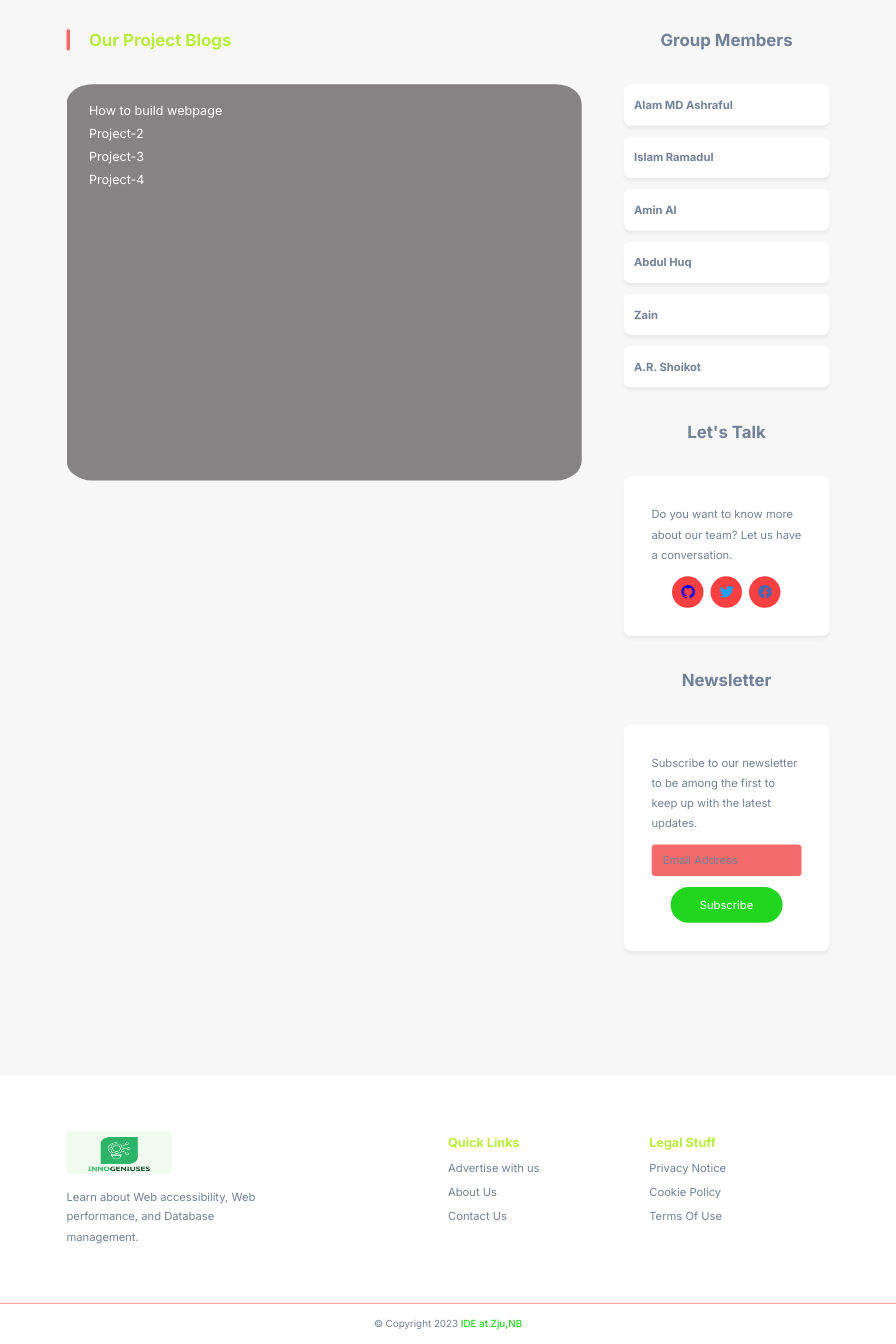
Repository: ramizraaz/zjuTeam
Page: main.html
The author's editor kept a copy of each file at every save. The page is drawn from the files as they stood at one save, then again after the next save.
The browser window is 1280 px wide. The pictures show the part of the page from y = 655 to 2575 px (the page is 2575 px tall before and 2549 px after), at 70% of full size.
A picture or video elsewhere on the page could not be fetched, so the positions and the page height are approximate.

Above is the page before, as saved 2023-10-23 19:25:39.

### main.html
<!DOCTYPE html>
<html lang="en">

<head>
    <meta charset="UTF-8">
    <meta http-equiv="X-UA-Compatible" content="IE=edge">
    <meta name="viewport" content="width=device-width, initial-scale=1.0">
    <title>Team InnoGeniuses</title>


    <!--custom css link -->
    <link rel="stylesheet" href="main.css">

    <!-- google font link -->
    <link rel="preconnect" href="https://fonts.googleapis.com">
    <link rel="preconnect" href="https://fonts.gstatic.com" crossorigin>
    <link href="https://fonts.googleapis.com/css2?family=Inter:wght@400;500;600;700;900&display=swap" rel="stylesheet">
</head>

<body class="light-theme">

    <!--#HEADER -->
    <header>

        <div class="container">

            <nav class="navbar">

                <a href="#">
                    <img src="img/teamLogo.png" alt="Team LoGo" width="150" height="80" class="logo-light" style="border-radius: 25px;">
                    <img src="img/teamLogo.png" alt="Team logo" width="150" height="80" class="logo-dark" style="border-radius: 25px;">
                </a>

                <div class="btn-group">

                    <button class="theme-btn theme-btn-mobile light">
                        <ion-icon name="moon" class="moon"></ion-icon>
                        <ion-icon name="sunny" class="sun"></ion-icon>
                    </button>

                    <button class="nav-menu-btn">
                        <ion-icon name="menu-outline"></ion-icon>
                    </button>

                </div>

                <div class="flex-wrapper">

                    <ul class="desktop-nav">

                        <li>
                            <a href="#home" class="nav-link">Home</a>
                        </li>

                        <li>
                            <a href="#project" class="nav-link">Projects</a>
                        </li>

                        <li>
                            <a href="#contact" class="nav-link">Contact US</a>
                        </li>

                    </ul>

                    <button class="theme-btn theme-btn-desktop light">
                        <ion-icon name="moon" class="moon"></ion-icon>
                        <ion-icon name="sunny" class="sun"></ion-icon>
                    </button>

                </div>

                <div class="mobile-nav">

                    <button class="nav-close-btn">
                        <ion-icon name="close-outline"></ion-icon>
                    </button>

                    <div class="wrapper">

                        <p class="h3 nav-title">Main Menu</p>

                        <ul>
                            <li class="nav-item">
                                <a href="#home" class="nav-link">Home</a>
                            </li>

                            <li class="nav-item">
                                <a href="#project" class="nav-link">Projects</a>
                            </li>

                            <li class="nav-item">
                                <a href="#" class="nav-link">Contact Us</a>
                            </li>
                        </ul>
                    </div>
                </div>

            </nav>

        </div>

    </header>


    <main>

        <!--
          - #HERO SECTION
        -->

        <div class="hero" id="home">

            <div class="container">

                <div class="left">

                    <h1 class="h1">
                        Hi, We're <b>Team&nbsp;InnoGeniuses</b>.
                        <br>at Zju,NB
                    </h1>

                    <p class="h3">
                        Your problems <abbr title="Accessibility">is</abbr> our opportunity
                    </p>

                    <div class="btn-group">
                        <a href="#project" class="btn btn-primary">Project</a>
                        <a href="#contact" class="btn btn-secondary">About us</a>
                    </div>

                </div>

                <div class="right">
                    <div class="img-box">
                        <img src="img/teamPhoto.jpg" alt="Group Photo" class="hero-img">
                    </div>

                </div>

            </div>

        </div>





        <div class="main" id="project">

            <div class="container">

                <!-- BLOG SECTION -->
                <div class="blog">

                    <h2 class="h2">Our Project Blogs</h2>
                    <div class="sidebar">
                        <ul>
                            <li><a href="index2.html">How to build webpage</a></li>
                            <li><a href="#">Project-2</a></li>
                            <li><a href="#">Project-3</a></li>
                            <li><a href="#">Project-4</a></li>
                        </ul>
                    </div>

                </div>

                <!--- ASIDE -->
                <div class="aside">

                    <div class="topics">

                        <h2 class="h2">Group Members</h2>

                        <a href="https://ashraful756.github.io/Ashraful_Profile/" target="_blank" class="topic-btn">
                            <p>Alam MD Ashraful</p>
                        </a>
                        <a href="https://ramizraaz.github.io/ZjuProtfolio/" target="_blank" class="topic-btn">
                            <p>Islam Ramadul</p>
                        </a>
                        <a href="https://aminal333.github.io/alamin_bio/" target="_blank" class="topic-btn">
                            <p>Amin Al</p>
                        </a>
                        <a href="https://abdulhaq2.github.io/DIGITAL-INDUSTRIAL-DESIGN-REVOLUTION/" target="_blank" class="topic-btn">
                            <p>Abdul Huq</p>
                        </a>
                        <a href="#" class="topic-btn">
                            <p>Zain</p>
                        </a>
                        <a href="https://arshoikot1.github.io/arshoikotProtfolio/" target="_blank" class="topic-btn">
                            <p>A.R. Shoikot</p>
                        </a>
                    </div>
                    <div class="contact">

                        <h2 class="h2">Let's Talk</h2>

                        <div class="wrapper">

                            <p>
                                Do you want to know more about our team? Let us have a conversation.
                            </p>

                            <ul class="social-link">

                                <li>
                                    <a href="https://nexmaker-fab.github.io/2023zjudem-team2/" target="_blank" class="icon-box github">
                                        <ion-icon name="logo-github"></ion-icon>
                                    </a>
                                </li>

                                <li>
                                    <a href="#" class="icon-box twitter">
                                        <ion-icon name="logo-twitter"></ion-icon>
                                    </a>
                                </li>

                                <li>
                                    <a href="#" class="icon-box facebook">
                                        <ion-icon name="logo-facebook"></ion-icon>
                                    </a>
                                </li>

                            </ul>

                        </div>

                    </div>

                    <div class="newsletter">

                        <h2 class="h2">Newsletter</h2>

                        <div class="wrapper">

                            <p>
                                Subscribe to our newsletter to be among the first to keep up with the latest updates.
                            </p>

                            <form action="#">
                                <input type="email" name="email" placeholder="Email Address" required>

                                <button type="submit" class="btn btn-primary">Subscribe</button>
                            </form>

                        </div>

                    </div>

                </div>

            </div>

        </div>

    </main>





    <!--
    - #FOOTER
  -->

    <footer>

        <div class="container" id="contact">

            <div class="wrapper">

                <a href="#" class="footer-logo">
                    <img src="img/teamLogo.png" alt="Team Logo" width="150" height="60" class="logo-light">
                    <img src="img/teamLogo.png" alt="Team Logo" width="150" height="60" class="logo-dark">
                </a>

                <p class="footer-text">
                    Learn about Web accessibility, Web performance, and Database management.
                </p>

            </div>

            <div class="wrapper">

                <p class="footer-title">Quick Links</p>

                <ul>

                    <li>
                        <a href="#" class="footer-link">Advertise with us</a>
                    </li>

                    <li>
                        <a href="#" class="footer-link">About Us</a>
                    </li>

                    <li>
                        <a href="#" class="footer-link">Contact Us</a>
                    </li>

                </ul>

            </div>

            <div class="wrapper">

                <p class="footer-title">Legal Stuff</p>

                <ul>

                    <li>
                        <a href="#" class="footer-link">Privacy Notice</a>
                    </li>

                    <li>
                        <a href="#" class="footer-link">Cookie Policy</a>
                    </li>

                    <li>
                        <a href="#" class="footer-link">Terms Of Use</a>
                    </li>

                </ul>

            </div>

        </div>

        <p class="copyright">
            &copy; Copyright 2023 <a href="https://github.com/NexMaker-Fab/2023zjudem-team2" target="_blank">IDE at Zju,NB</a>
        </p>

    </footer>





    <!--
    - custom js link
  -->
    <script src="js/script.min.js"></script>

    <!--
    - ionicon link
  -->
    <script type="module" src="https://unpkg.com/ionicons@5.5.2/dist/ionicons/ionicons.esm.js"></script>
    <script nomodule src="https://unpkg.com/ionicons@5.5.2/dist/ionicons/ionicons.js"></script>
</body>

</html>

Loaded but not shown: js/script.min.js (common file); main.css (858 lines, source omitted)

After the next save:
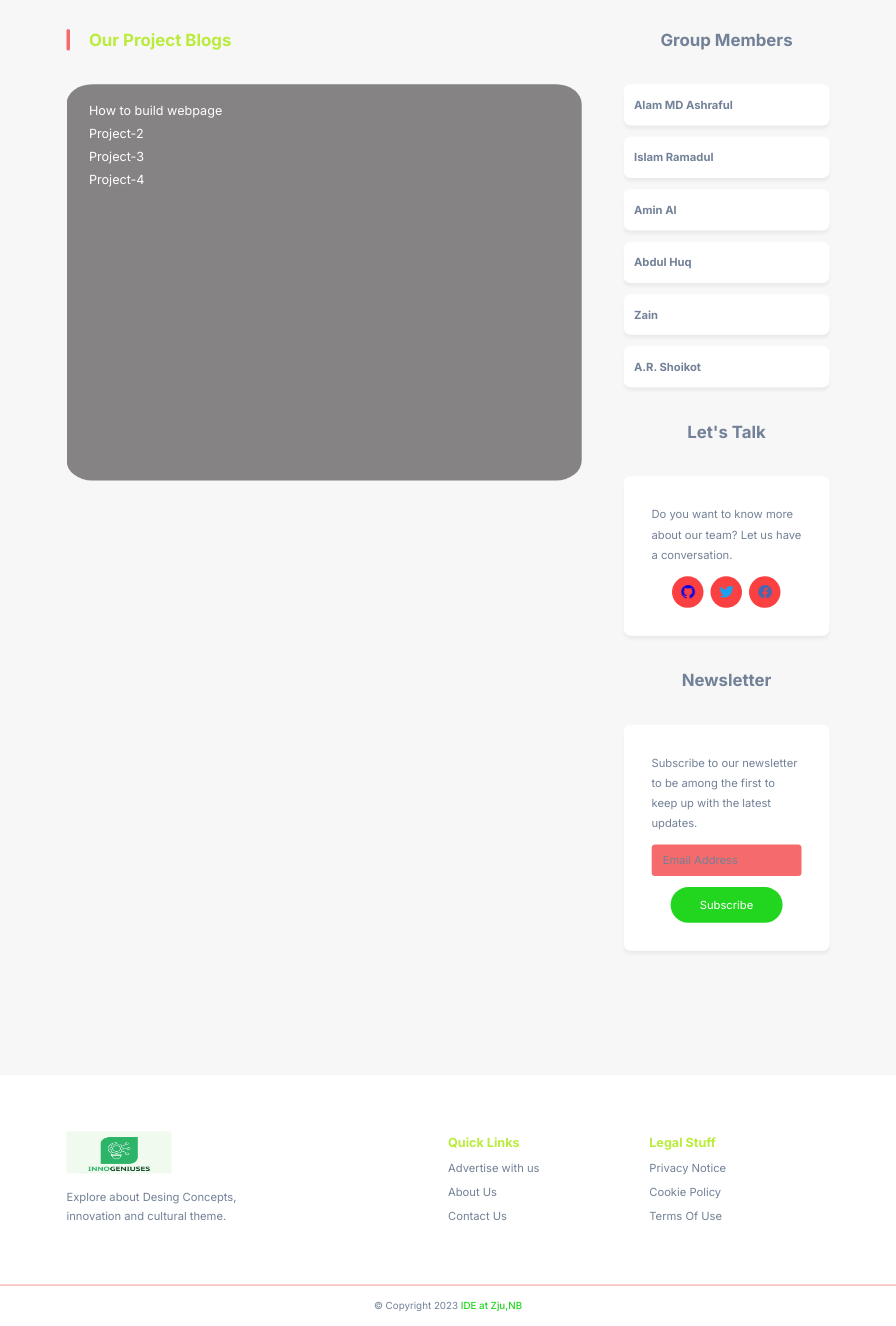
Saved 2 min 2 s later.
--- a/main.html
+++ b/main.html
@@ -274,7 +274,7 @@
                 </a>
 
                 <p class="footer-text">
-                    Learn about Web accessibility, Web performance, and Database management.
+                    Explore about Desing Concepts, innovation and cultural theme.
                 </p>
 
             </div>
